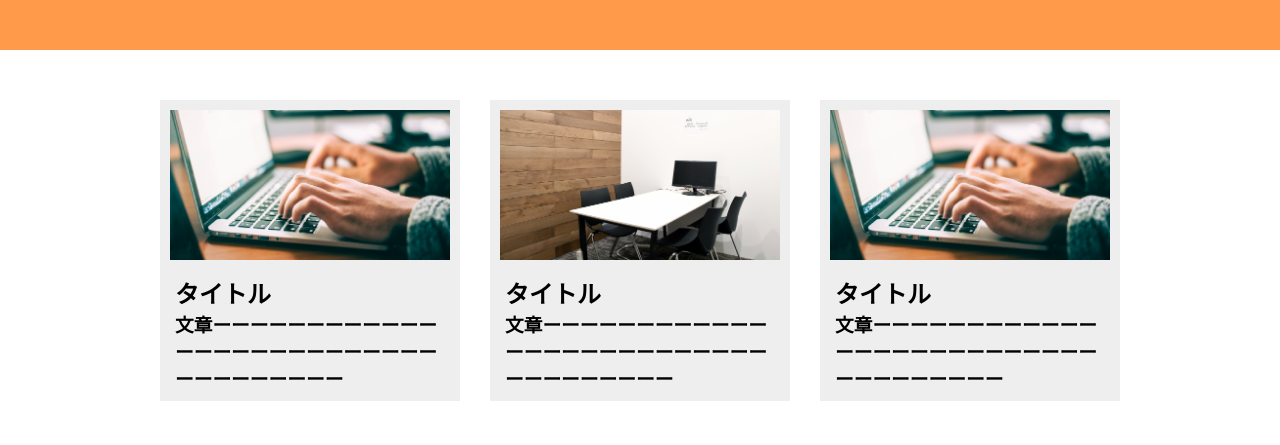
Repository: yuu3176/theme1
Page: 1-9-2/1-9-2.html
The author's editor kept a record of every edit. The page is drawn from the files as they stood at one moment, then again after the next edit.
The browser window is 1280 px wide. The pictures show the whole page.

Above is the page before.

### 1-9-2/1-9-2.html
<!DOCTYPE html>
<html lang="ja">
  <head>
    <meta charset="utf-8">
    <link rel="stylesheet" href="1-9-2.css">
    <title>1-9-2</title>
  </head>

  <body>
    <header></header>
    <main>
      <div class="box">
        <div class="box-image1"></div>
        <section class="box-text">
          <h2>タイトル</h2>
          <h3>文章ーーーーーーーーーーーーーーーーーーーーーーーーーーーーーーーーーーー</h3>
        </section>
      </div>
      <div class="box">
        <div class="box-image2"></div>
        <section class="box-text">
          <h2>タイトル</h2>
          <h3>文章ーーーーーーーーーーーーーーーーーーーーーーーーーーーーーーーーーーー</h3>
        </section>
      </div>
      <div class="box">
        <div class="box-image1"></div>
        <section class="box-text">
          <h2>タイトル</h2>
          <h3>文章ーーーーーーーーーーーーーーーーーーーーーーーーーーーーーーーーーーー</h3>
        </section>
      </div>
    </main>
  </body>
</html>

### 1-9-2/1-9-2.css
*{
  margin: 0;
  padding: 0;
  box-sizing: border-box;
}

header{
  height: 50px;
  background-color: #ff9a4b;
}

main{
  width: 960px;
  margin: 50px auto;
  display: flex;
}

.box{
  width: 300px;
  margin-right: 30px;
  padding: 10px;
  position: relative;
  background-color: #eeeeee;
}

.box:last-child{
  margin-right: 0;
}

.box-step{
  position: absolute;
  top: 0;
  left: 0;
  background-color: #ff9a4b;
  color: #fff;
}

.box-image1{
  height: 150px;
  background-image: url(img/flow01.png);
  background-position: bottom;
  background-size: cover;
}

.box-image2{
  height: 150px;
  background-image: url(img/flow02.png);
  background-position: bottom;
  background-size: cover;
}

.box-image3{
  height: 150px;
  background-image: url(img/flow03.png);
  background-position: bottom;
  background-size: cover;
}

.box-text{
  margin: 15px 0 0 5px;
}

footer{
  height: 50px;
  background-color: #aaaaaa;
}

@media screen and (max-width:768px){
  header{
    width: 100%;
  }

  main{
    width: 100%;
    margin: 50px auto;
    display: block;
  }

  .box{
    width: 90%;
    margin-bottom: 20px;
    margin-left: 5%;
    margin-right: 5%;
  }

  .box:last-child{
    margin-bottom: 0;
  }

  .box-image1 .box-image2 .box-image3{
    height: 150px;
  }

  footer{
    width: 100%;
  }

After the next edit:
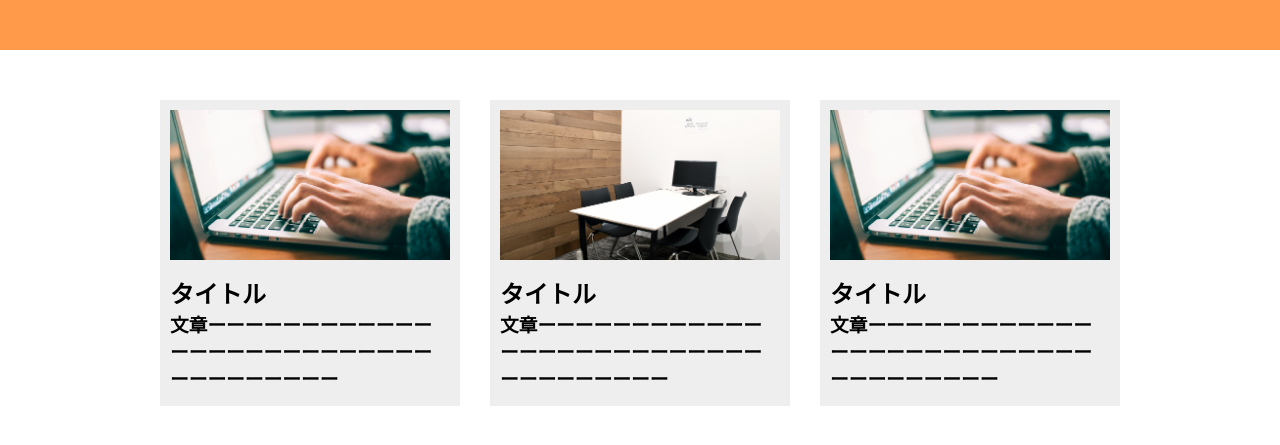
The edit:
--- a/1-9-2/1-9-2.css
+++ b/1-9-2/1-9-2.css
@@ -57,7 +57,7 @@
 }
 
 .box-text{
-  margin: 15px 0 0 5px;
+  margin: 15px 0 5px;
 }
 
 footer{
